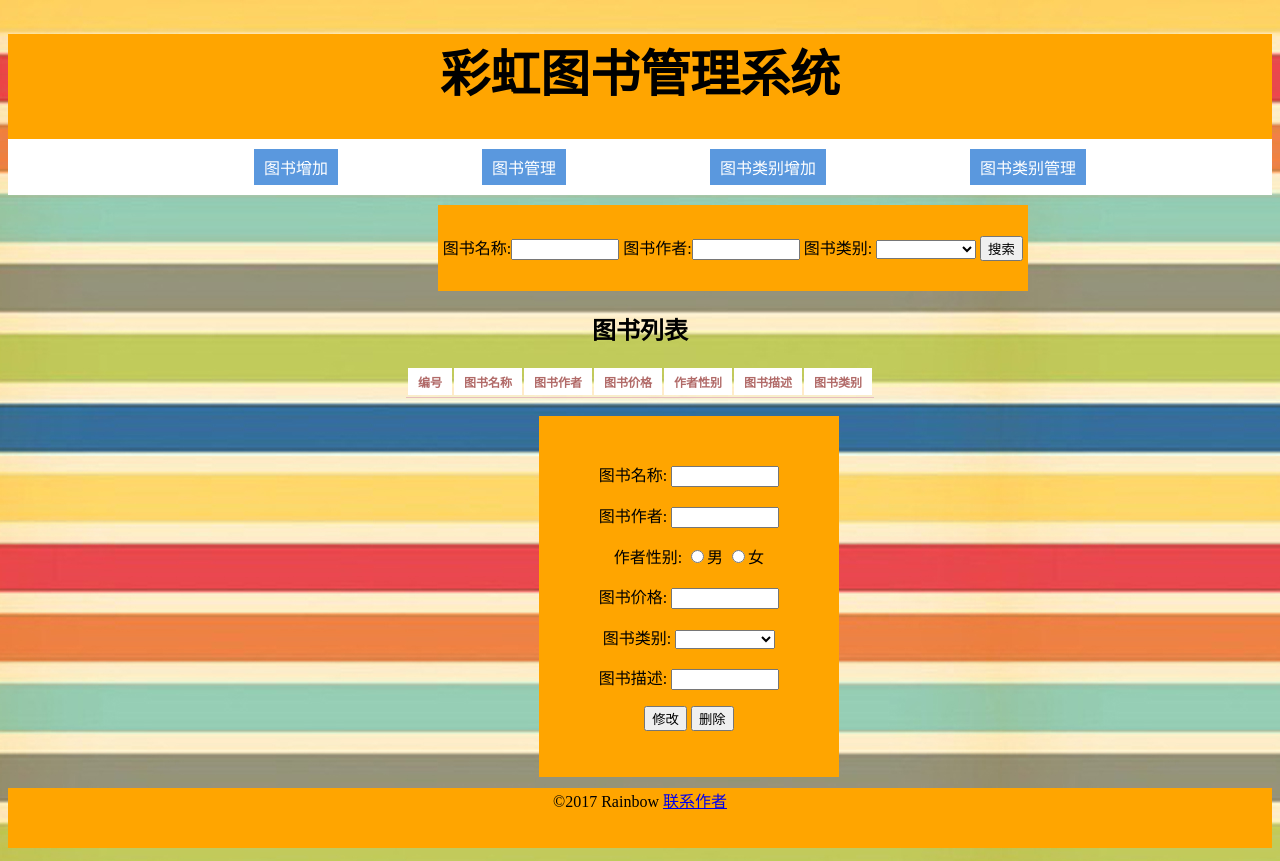
Repository: Rainbow-Chua/learningcode
Page: http://localhost/MyBookManager/BookManager.jsp
The author's editor kept a copy of each file at every save. The page is drawn from the files as they stood at one save, then again after the next save.
The browser window is 1280 px wide. The pictures show the whole page.
The page is served by Tomcat 9. Queries for data that is not in the repository find no rows.

Above is the page before, as saved 2017-11-21 12:52:34.

After the next save:
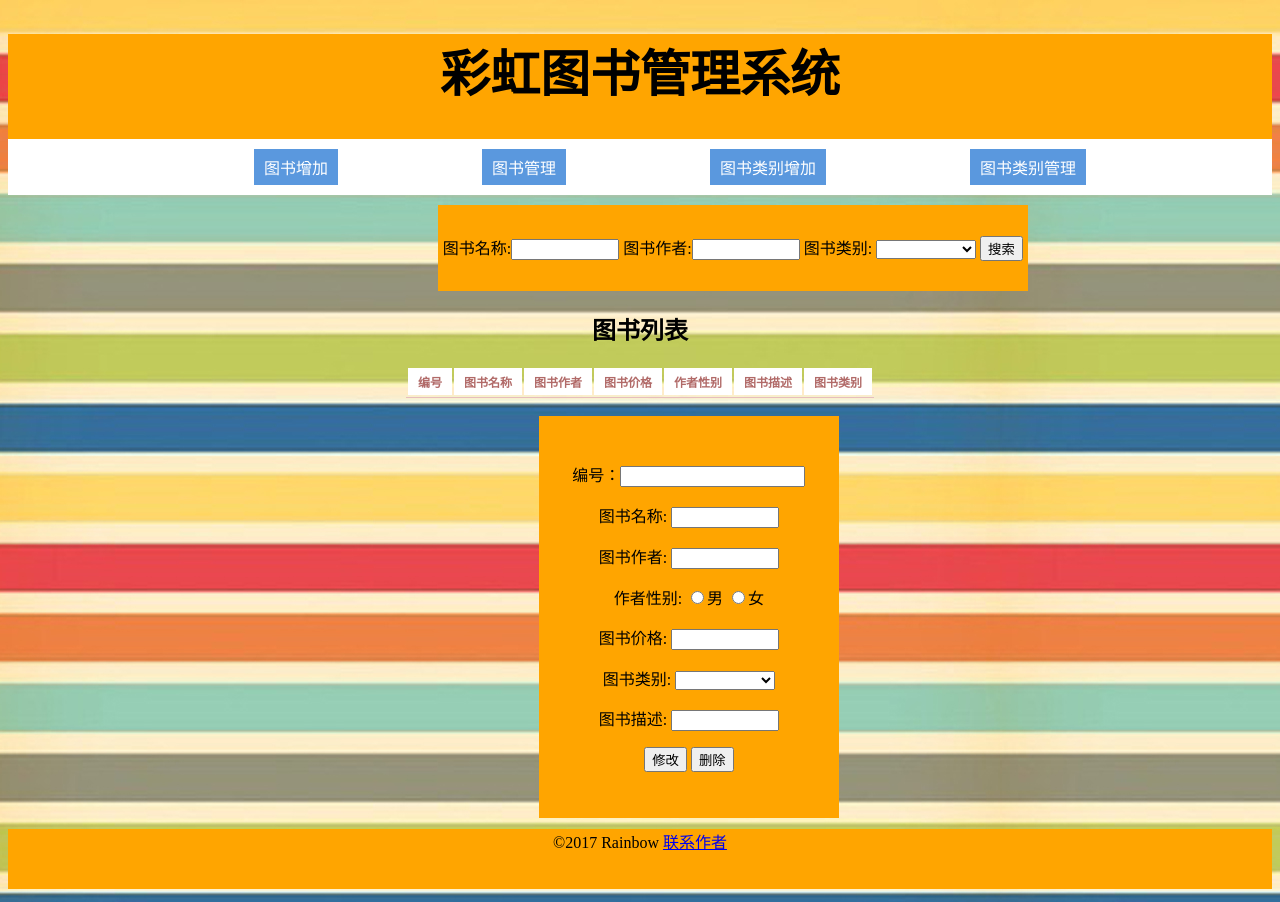
Saved 8 min 3 s later.
--- a/MyBookManager/WebContent/BookManager.jsp
+++ b/MyBookManager/WebContent/BookManager.jsp
@@ -148,6 +148,9 @@ h2 {
 			onsubmit="return checkForm(this);"
 			style="background-color: orange; position: relative; left: 42%; width: 300px;padding-top: 30px; padding-bottom: 30px ">
 			<p>
+				编号：<input id="bookId" type="text" readonly="readonly">
+			</p>
+			<p>
 				图书名称: <input id="bookName1" type="text" name="bookName"
 					style="width: 100px;" />
 			</p>
